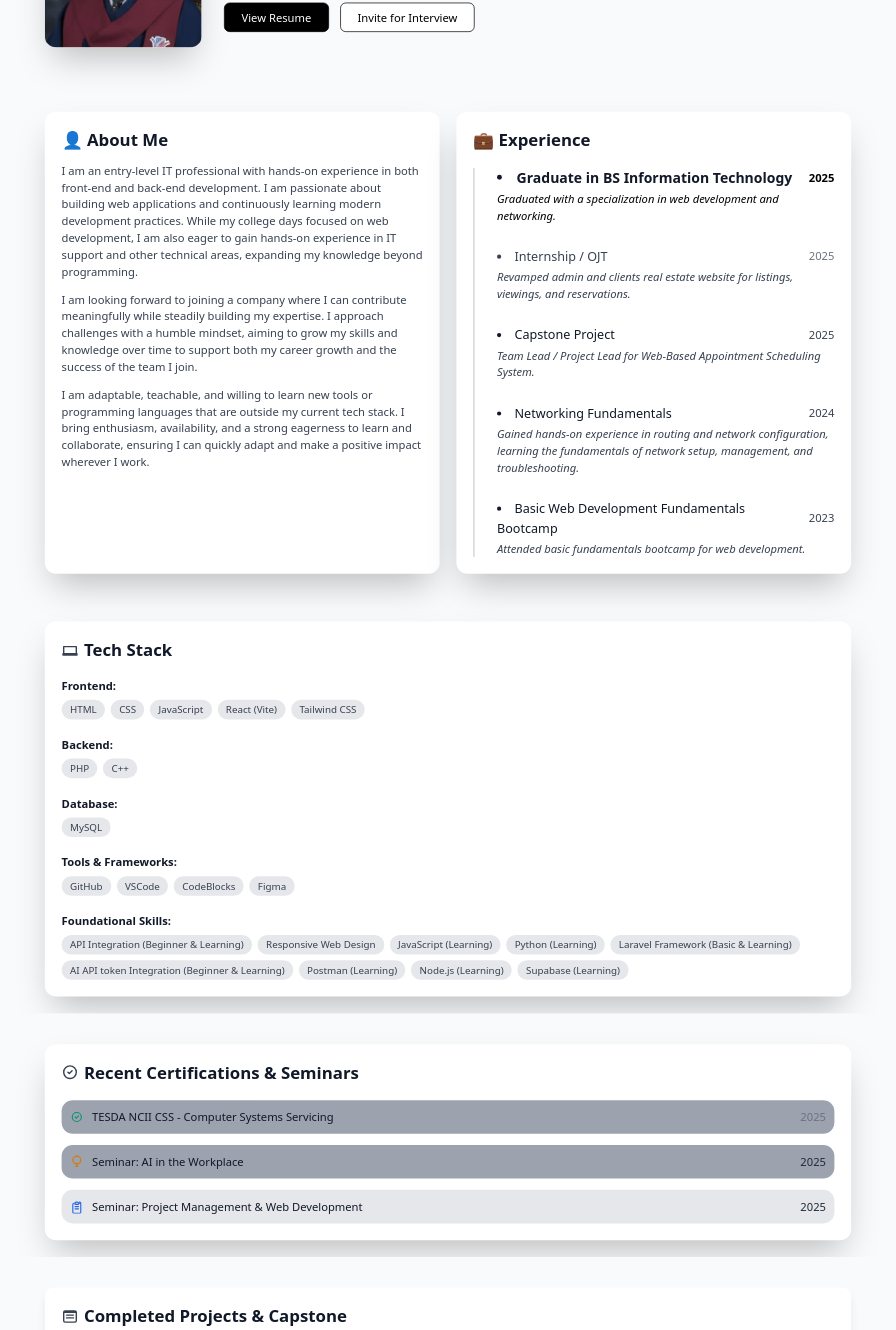
Repository: MeekSharkdev/cv-portfolio
Page: index.html
These files come from the project's save history. The page is drawn as it stood at one moment and after a run of saves; the edit follows.
The browser window is 1280 px wide. The pictures show the part of the page from y = 204 to 2104 px (the page is 2740 px tall), at 70% of full size.
A picture or video elsewhere on the page could not be fetched, so the positions and the page height are approximate.

Above is the page before, as saved 2026-01-31 21:04:41.
Not found: styles.css

After the next 3 saves:
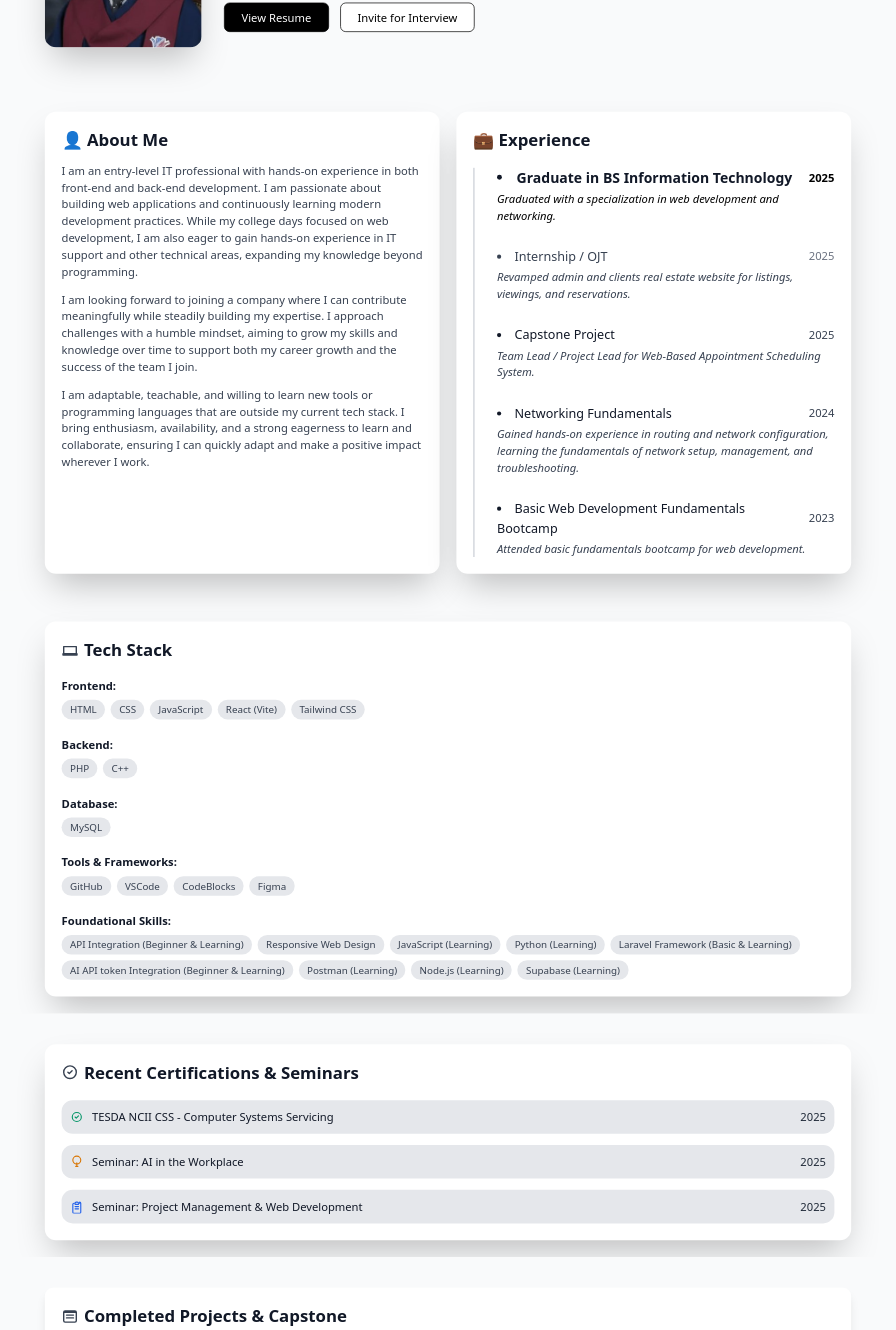
The 3 saves are shown as one change because they came seconds apart.
The last was saved 11 s later.
--- a/index.html
+++ b/index.html
@@ -263,7 +263,7 @@
         <div class="flex flex-col gap-4">
 
             <!-- Certification -->
-            <div class="flex items-center gap-3 p-3 bg-gray-400 rounded-2xl">
+            <div class="flex items-center gap-3 p-3 bg-gray-200 rounded-2xl">
                 <!-- Certificate / Badge Icon -->
                 <svg xmlns="http://www.w3.org/2000/svg" class="h-5 w-5 text-green-600" fill="none" viewBox="0 0 24 24"
                     stroke="currentColor">
@@ -272,12 +272,12 @@
                 </svg>
                 <div class="flex justify-between w-full">
                     <span class="font-medium">TESDA NCII CSS - Computer Systems Servicing</span>
-                    <span class="text-gray-500">2025</span>
+                    <span class="text-gray-800">2025</span>
                 </div>
             </div>
 
             <!-- Seminar: AI in the Workplace -->
-            <div class="flex items-center gap-3 p-3 bg-gray-400 rounded-2xl">
+            <div class="flex items-center gap-3 p-3 bg-gray-200 rounded-2xl">
                 <!-- AI / Lightbulb Icon -->
                 <svg xmlns="http://www.w3.org/2000/svg" class="h-5 w-5 text-yellow-600" fill="none" viewBox="0 0 24 24"
                     stroke="currentColor">
